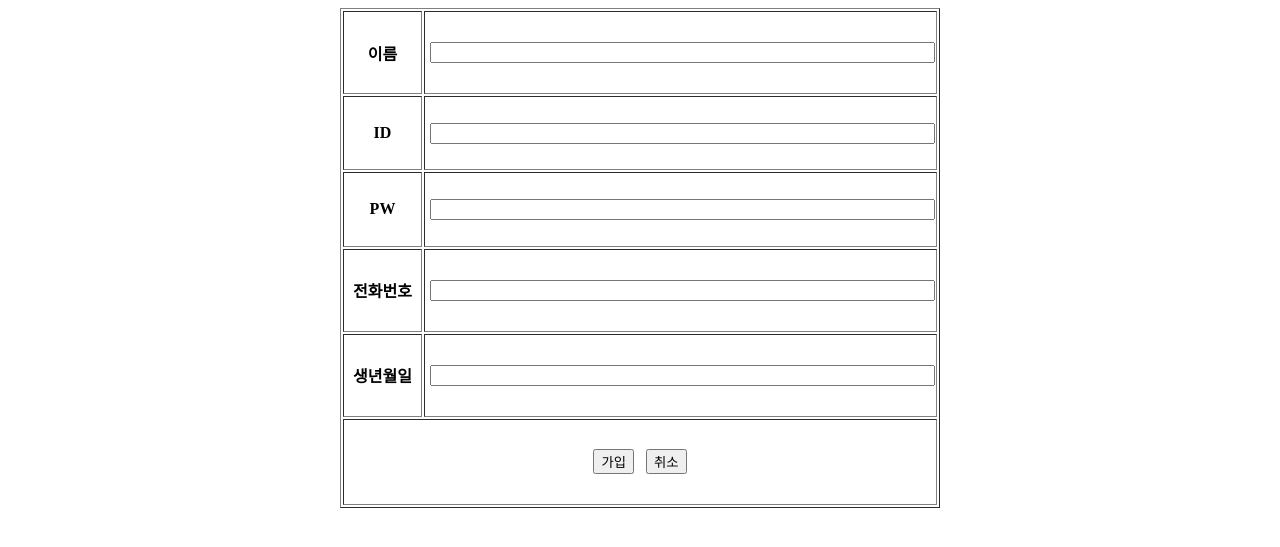
Repository: kwonminsung0/jspStudy
Page: jspStudy/src/main/webapp/join/join.html
An editor plug-in stored every save of this project. The page is shown before and after the next save, followed by the edit.
The browser window is 1280 px wide. The pictures show the whole page.

Above is the page before, as saved 2024-12-03 09:12:55.

After the next save:
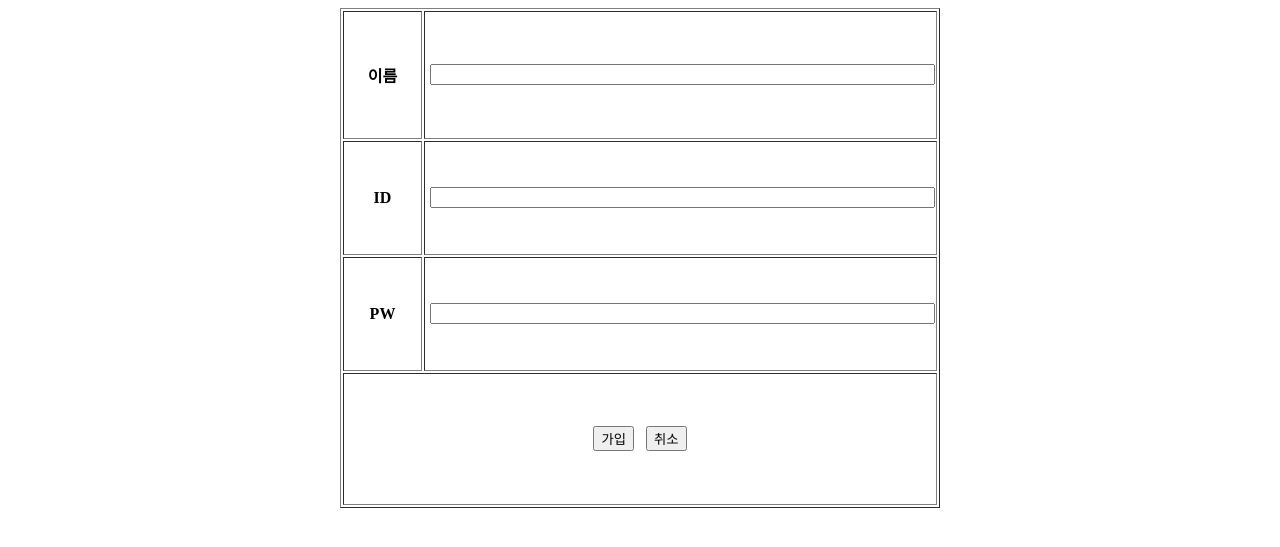
Saved 23 h 30 min later.
--- a/jspStudy/src/main/webapp/join/join.html
+++ b/jspStudy/src/main/webapp/join/join.html
@@ -22,19 +22,7 @@
 			</tr>
 			<tr>
 				<th width="100">PW</th>
-				<td width="430">&nbsp;<input type="text" name="pw"
-					size="60">
-				</td>
-			</tr>
-			<tr>
-				<th width="100">전화번호</th>
-				<td width="430">&nbsp;<input type="text" name="phone"
-					size="60">
-				</td>
-			</tr>
-			<tr>
-				<th width="100">생년월일</th>
-				<td width="430">&nbsp;<input type="text" name="birth"
+				<td width="430">&nbsp;<input type="text" name="pass"
 					size="60">
 				</td>
 			</tr>
